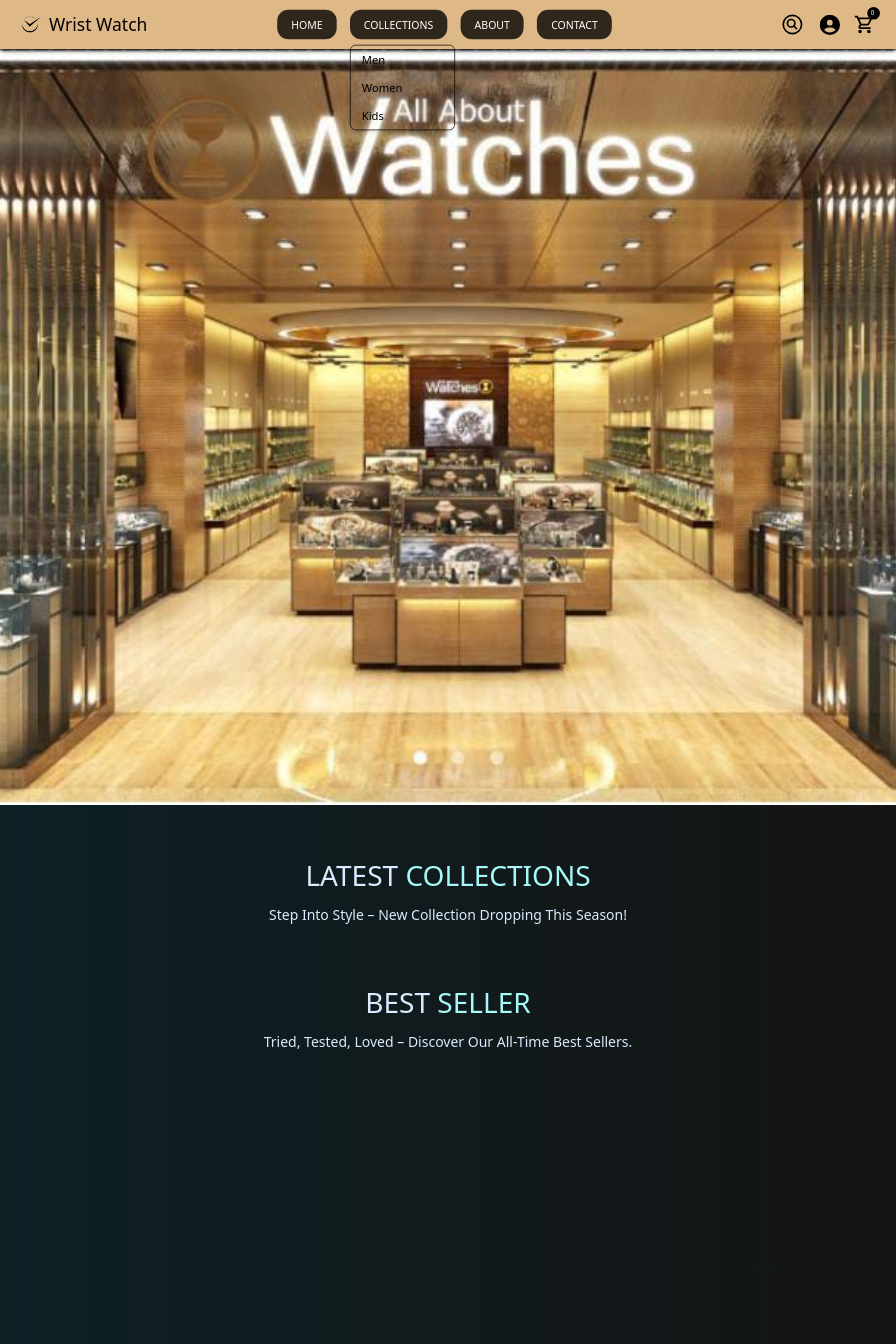
Repository: mansibhanushali/online_watch_ecommerce_mernstack_webapplication
Page: / (app in frontend/), after clicking the first element matching `button.text-\[15px\]`
The author's editor kept a copy of each file at every save. The page is drawn from the files as they stood at one save, then again after the next save.
The browser window is 1280 px wide. The pictures show the part of the page from y = 0 to 1920 px (the page is 2633 px tall), at 70% of full size.
The page's requests for data from a server got no answer. The project was rebuilt for these pictures with package versions that can differ from the ones it lists, and the page was loaded fresh each time. No one was signed in, and anything a server would have sent is missing. Also part of the build but not shown: frontend/vite.config.js, frontend/src/component/Loading.jsx, frontend/src/pages/Registration.jsx, frontend/src/component/Card.jsx, frontend/src/pages/Login.jsx, frontend/src/pages/About.jsx, frontend/src/pages/Collections.jsx, frontend/src/pages/Contact.jsx and 6 more.

Above is the page before, as saved 2025-08-15 22:22:00.

### frontend/index.html
<!doctype html>
<html lang="en">
  <head>
    <meta charset="UTF-8" />
    <link rel="icon" type="image/svg+xml" href="\logo1.png" />
    <meta name="viewport" content="width=device-width, initial-scale=1.0" />
    <title>Wristwatch</title>
  </head>
  <body>
    <div id="root"></div>
    <script type="module" src="/src/main.jsx"></script>
  </body>
</html>

### frontend/src/main.jsx
// src/main.jsx
import React from 'react';
import { createRoot } from 'react-dom/client';
import { BrowserRouter } from 'react-router-dom';
import './index.css';

import App from './App.jsx';
import AuthContext from './context/authContext.jsx';
import UserContextProvider from './context/UserContext.jsx';
import ShopContext from './context/ShopContext.jsx';

createRoot(document.getElementById('root')).render(
  <React.StrictMode>
    <BrowserRouter>
      <AuthContext>
        <UserContextProvider>
          <ShopContext>
            <App />
          </ShopContext>
        </UserContextProvider>
      </AuthContext>
    </BrowserRouter>
  </React.StrictMode>
);

### frontend/src/index.css
@import "tailwindcss";

body {
  @apply bg-white min-h-screen;
}

### frontend/src/App.jsx
import React, { useContext } from 'react';
import { Navigate, Route, Routes, useLocation } from 'react-router-dom';
import Registration from './pages/Registration';
import Home from './pages/Home';
import Login from './pages/Login';
import Nav from './component/Nav';
import { userDataContext } from './context/UserContext';
import About from './pages/About';
import Collections from './pages/Collections';
import Product from './pages/Product';
import Contact from './pages/Contact';
import ProductDetail from './pages/ProductDetail';
import Cart from './pages/Cart';
import PlaceOrder from './pages/PlaceOrder';
import Order from './pages/Order';
import { ToastContainer } from 'react-toastify';
import NotFound from './pages/NotFound';

function App() {
  const { userData } = useContext(userDataContext);
  const location = useLocation();

  // Protected route wrapper
  const ProtectedRoute = (Component) => {
    return userData ? (
      Component
    ) : (
      <Navigate to="/login" state={{ from: location.pathname }} />
    );
  };

  return (
    <>
      <ToastContainer />
      <Nav />
      <Routes>
        {/* Public Routes */}
        <Route path="/" element={<Home />} />
        <Route path="/about" element={<About />} />
        <Route path="/collection" element={<Collections />} />
        <Route path="/collection/:category" element={<Collections />} />
        <Route path="/product" element={<Product />} />
        <Route path="/contact" element={<Contact />} />

        {/* Auth Routes */}
        <Route
          path="/login"
          element={
            userData ? (
              <Navigate to={location.state?.from || '/'} />
            ) : (
              <Login />
            )
          }
        />
        <Route
          path="/signup"
          element={
            userData ? (
              <Navigate to={location.state?.from || '/'} />
            ) : (
              <Registration />
            )
          }
        />

        {/* Protected Routes */}
        <Route
          path="/productdetail/:productId"
          element={ProtectedRoute(<ProductDetail />)}
        />
        <Route path="/cart" element={ProtectedRoute(<Cart />)} />
        <Route path="/placeorder" element={ProtectedRoute(<PlaceOrder />)} />
        <Route path="/order" element={ProtectedRoute(<Order />)} />

        {/* 404 Fallback */}
        <Route path="*" element={<NotFound />} />
      </Routes>
    </>
  );
}

export default App;

### frontend/src/context/UserContext.jsx
// src/context/UserContext.jsx
import React, { createContext, useContext, useEffect, useState } from 'react';
import { authDataContext } from './AuthContext';
import axios from 'axios';

export const userDataContext = createContext();

function UserContextProvider({ children }) {
  const [userData, setUserData] = useState(null);
  const { serverUrl } = useContext(authDataContext);

  const getCurrentUser = async () => {
    try {
      // ✅ Cookie-based request
      const result = await axios.get(`${serverUrl}/api/user/getcurrentuser`, {
        withCredentials: true, // Cookie automatically send होगी
      });

      if (result.data?.success) {
        setUserData(result.data.user);
      } else {
        setUserData(null);
      }
    } catch (error) {
      setUserData(null);
      console.error("getCurrentUser error:", error);
    }
  };

  // 🔹 Page load pe call
  useEffect(() => {
    getCurrentUser();
  }, []);

  return (
    <userDataContext.Provider value={{ userData, setUserData, getCurrentUser }}>
      {children}
    </userDataContext.Provider>
  );
}

export default UserContextProvider;

### frontend/src/pages/Home.jsx
import React, { useState, useEffect } from 'react'
import Backgound from '../component/Backgound'
import Product from './Product'
import OurPolicy from '../component/OurPolicy'
import Footer from '../component/Footer'

function Home() {
  let [heroCount, setHeroCount] = useState(0)

  useEffect(() => {
    let interval = setInterval(() => {
      setHeroCount(prevCount => (prevCount === 3 ? 0 : prevCount + 1))
    }, 3000)
    return () => clearInterval(interval)
  }, [])

  return (
    <div className="overflow-x-hidden relative top-[70px]">
      <div className="w-[100vw] lg:h-[100vh] md:h-[50vh] sm:h-[30vh] bg-gradient-to-l from-[burlwood] to-[burlywood]">
        <Backgound heroCount={heroCount} />
      </div>
      <Product />
      <OurPolicy />
      <Footer />
    </div>
  )
}

export default Home

### frontend/src/component/Nav.jsx
import React, { useContext, useState, useEffect, useRef } from 'react'
import logo from '../assets/logo.png'
import { IoSearchCircleOutline, IoSearchCircleSharp } from "react-icons/io5";
import { FaCircleUser } from "react-icons/fa6";
import { MdOutlineShoppingCart } from "react-icons/md";
import { userDataContext } from '../context/UserContext';
import { useNavigate } from 'react-router-dom';
import { IoMdHome } from "react-icons/io";
import { HiOutlineCollection } from "react-icons/hi";
import { MdContacts } from "react-icons/md";
import axios from 'axios';
import { authDataContext } from '../context/authContext';
import { shopDataContext } from '../context/ShopContext';

function Nav() {
  const { userData } = useContext(userDataContext)
  const { serverUrl } = useContext(authDataContext)
  const { showSearch, setShowSearch, search, setSearch, getCartCount } = useContext(shopDataContext)
  const [showProfile, setShowProfile] = useState(false)
  const [showNav, setShowNav] = useState(true)
  const [lastScrollY, setLastScrollY] = useState(0)
  const [showCollectionMenu, setShowCollectionMenu] = useState(false)
  const navigate = useNavigate()
  const collectionRef = useRef()

  // Scroll hide logic
  useEffect(() => {
    const handleScroll = () => {
      const currentScrollY = window.scrollY;
      if (currentScrollY > lastScrollY) {
        setShowNav(false);
      } else {
        setShowNav(true);
      }
      setLastScrollY(currentScrollY);
    };
    window.addEventListener("scroll", handleScroll);
    return () => window.removeEventListener("scroll", handleScroll);
  }, [lastScrollY]);

  // Close collection menu when clicked outside
  useEffect(() => {
    const handleClickOutside = (event) => {
      if (collectionRef.current && !collectionRef.current.contains(event.target)) {
        setShowCollectionMenu(false)
      }
    }
    document.addEventListener("mousedown", handleClickOutside)
    return () => document.removeEventListener("mousedown", handleClickOutside)
  }, [])

  const handleLogout = async () => {
    try {
      const result = await axios.get(serverUrl + "/api/auth/logout", { withCredentials: true })
      console.log(result.data)
      navigate("/login")
    } catch (error) {
      console.log(error)
    }
  }

  return (
    <div
      className='w-[100vw] h-[70px] bg-[burlywood] z-10 fixed flex items-center justify-between px-[30px] shadow-md shadow-black transition-all duration-300'
      style={{ top: showNav ? '0' : '-100px' }}
    >
      <div className='w-[20%] lg:w-[30%] flex items-center justify-start gap-[10px] '>
        <img src={logo} alt="" className='w-[30px]' />
        <h1 className='text-[25px] text-[black] font-sans '>Wrist Watch</h1>
      </div>

      <div className='w-[50%] lg:w-[40%] hidden md:flex'>
        <ul className='flex items-center justify-center gap-[19px] text-[white] '>
          <li className='text-[15px] hover:bg-slate-500 cursor-pointer bg-[#000000c9] py-[10px] px-[20px] rounded-2xl' onClick={() => navigate("/")}>HOME</li>

          {/* COLLECTIONS with Submenu */}
          <li className='relative' ref={collectionRef}>
            <button
              className='text-[15px] hover:bg-slate-500 cursor-pointer bg-[#000000c9] py-[10px] px-[20px] rounded-2xl'
              onClick={() => setShowCollectionMenu(prev => !prev)}
            >
              COLLECTIONS
            </button>

            {showCollectionMenu && (
              <ul className='absolute top-full left-0 mt-2 bg-burlywood border rounded-lg shadow-md text-black w-[150px] z-10'>
                <li className='px-4 py-2 hover:bg-gray-100 cursor-pointer' onClick={() => { navigate("/collection/men"); setShowCollectionMenu(false) }}>Men</li>
                <li className='px-4 py-2 hover:bg-gray-100 cursor-pointer' onClick={() => { navigate("/collection/women"); setShowCollectionMenu(false) }}>Women</li>
                <li className='px-4 py-2 hover:bg-gray-100 cursor-pointer' onClick={() => { navigate("/collection/kids"); setShowCollectionMenu(false) }}>Kids</li>
              </ul>
            )}
          </li>

          <li className='text-[15px] hover:bg-slate-500 cursor-pointer bg-[#000000c9] py-[10px] px-[20px] rounded-2xl' onClick={() => navigate("/about")}>ABOUT</li>
          <li className='text-[15px] hover:bg-slate-500 cursor-pointer bg-[#000000c9] py-[10px] px-[20px] rounded-2xl' onClick={() => navigate("/contact")}>CONTACT</li>
        </ul>
      </div>

      <div className='w-[30%] flex items-center justify-end gap-[20px]'>
        {!showSearch && <IoSearchCircleOutline className='w-[38px] h-[38px] text-[#000000]  cursor-pointer' onClick={() => { setShowSearch(prev => !prev); navigate("/collection") }} />}
        {showSearch && <IoSearchCircleSharp className='w-[38px] h-[38px] text-[#000000]  cursor-pointer' onClick={() => setShowSearch(prev => !prev)} />}
        {!userData && <FaCircleUser className='w-[29px] h-[29px] text-[#000000]  cursor-pointer' onClick={() => setShowProfile(prev => !prev)} />}
        {userData && <div className='w-[30px] h-[30px] bg-[#080808] text-[white] rounded-full flex items-center justify-center cursor-pointer' onClick={() => setShowProfile(prev => !prev)}>{userData?.name.slice(0, 1)}</div>}
        <MdOutlineShoppingCart className='w-[30px] h-[30px] text-[#000000]  cursor-pointer hidden md:block' onClick={() => navigate("/cart")} />
        <p className='absolute w-[18px] h-[18px] items-center  justify-center bg-black px-[5px] py-[2px] text-white  rounded-full text-[9px] top-[10px] right-[23px] hidden md:block'>{getCartCount()}</p>
      </div>

      {showSearch && (
        <div className='w-[100%]  h-[80px] bg-[#d8f6f9dd] absolute top-[100%] left-0 right-0 flex items-center justify-center '>
          <input type="text" className='lg:w-[50%] w-[80%] h-[60%] bg-[#233533] rounded-[30px] px-[50px] placeholder:text-white text-[white] text-[18px]' placeholder='Search Here' onChange={(e) => { setSearch(e.target.value) }} value={search} />
        </div>
      )}

      {showProfile && (
        <div className='absolute w-[220px] h-[150px] bg-[#000000d7] top-[110%] right-[4%] border-[1px] border-[#aaa9a9] rounded-[10px] z-10'>
          <ul className='w-[100%] h-[100%] flex items-start justify-around flex-col text-[17px] py-[10px] text-[white]'>
            {!userData && <li className='w-[100%] hover:bg-[#2f2f2f]  px-[15px] py-[10px] cursor-pointer' onClick={() => { navigate("/login"); setShowProfile(false) }}>Login</li>}
            {userData && <li className='w-[100%] hover:bg-[#2f2f2f]  px-[15px] py-[10px] cursor-pointer' onClick={() => { handleLogout(); setShowProfile(false) }}>LogOut</li>}
            <li className='w-[100%] hover:bg-[#2f2f2f]  px-[15px] py-[10px] cursor-pointer' onClick={() => { navigate("/order"); setShowProfile(false) }} >Orders</li>
            <li className='w-[100%] hover:bg-[#2f2f2f]  px-[15px] py-[10px] cursor-pointer' onClick={() => { navigate("/about"); setShowProfile(false) }} >About</li>
          </ul>
        </div>
      )}

      {/* Mobile Bottom Nav */}
      <div className='w-[100vw] h-[90px] flex items-center justify-between px-[20px] text-[12px] fixed bottom-0 left-0 bg-[#191818] md:hidden'>
        <button className='text-[white] flex items-center justify-center flex-col gap-[2px]' onClick={() => navigate("/")}><IoMdHome className='w-[28px] h-[28px] text-[white] md:hidden' /> Home</button>
        <button className='text-[white] flex items-center justify-center flex-col gap-[2px]' onClick={() => navigate("collection")}><HiOutlineCollection className='w-[28px] h-[28px] text-[white] md:hidden' /> Collections</button>
        <button className='text-[white] flex items-center justify-center flex-col gap-[2px] ' onClick={() => navigate("/contact")}><MdContacts className='w-[28px] h-[28px] text-[white] md:hidden' />Contact</button>
        <button className='text-[white] flex items-center justify-center flex-col gap-[2px]' onClick={() => navigate("/cart")}><MdOutlineShoppingCart className='w-[28px] h-[28px] text-[white] md:hidden' /> Cart</button>
        <p className='absolute w-[18px] h-[18px] flex items-center justify-center bg-white px-[5px] py-[2px] text-black font-semibold  rounded-full text-[9px] top-[8px] right-[18px]'>{getCartCount()}</p>
      </div>
    </div>
  )
}

export default Nav

### frontend/src/pages/Product.jsx
import React from 'react'
import LatestCollection from '../component/LatestCollection'
import BestSeller from '../component/BestSeller'

function Product() {
  return (
    <div className='w-[100vw] min-h-[100vh] bg-gradient-to-l from-[#141414] to-[#0c2025] flex items-center justify-start flex-col py-[20px]'>

        <div className='w-[100%] min-h-[70px] flex items-center justify-center gap-[10px]  flex-col '>
            <LatestCollection/>
        </div>
        <div className='w-[100%] min-h-[70px] flex items-center justify-center gap-[10px]  flex-col '>
            <BestSeller/>
        </div>

    </div>
  )
}

export default Product

### frontend/src/component/Backgound.jsx
import React from 'react'
import back1 from "../assets/back1.jpg"

function Background() {
  return (
    <img
      src={back1}
      alt="background"
      className="w-[100%] h-[150%] float-left overflow-auto object-cover"
    />
  )
}

export default Background

### frontend/src/component/OurPolicy.jsx
import React from 'react'
import Title from './Title'
import { RiExchangeFundsLine } from "react-icons/ri";
import { TbRosetteDiscountCheckFilled } from "react-icons/tb";
import { BiSupport } from "react-icons/bi";

function OurPolicy() {
  return (
    <div className='w-[100vw] h-[100vh] md:h-[70vh] flex items-center justify-start flex-col  bg-gradient-to-l from-[#141414] to-[#0c2025] gap-[50px] '>
        <div className='h-[8%] w-[100%] text-center mt-[70px] '>
            <Title text1={"OUR"} text2={"POLICY"}/>
            <p className='w-[100%] m-auto text-[13px] md:text-[20px] px-[10px] text-blue-100 '>Customer-Friendly Policies – Committed to Your Satisfaction and Safety.</p>
        </div>
      <div className='w-[100%] md:min-h-[50%] h-[20%] flex items-center justify-center flex-wrap lg:gap-[50px] gap-[80px]'>
        <div className='w-[400px] max-w-[90%] h-[60%] flex items-center justify-center flex-col gap-[10px] '>
        <RiExchangeFundsLine  className='md:w-[60px] w-[30px] h-[30px] md:h-[60px] text-[#90b9ff]'/>
        <p className='font-semibold md:text-[25px] text-[19px] text-[#a5e8f7]'>Easy Exchange Policy</p>
        <p className='font-semibold md:text-[18px] text-[12px] text-[aliceblue] text-center'>Exchange Made Easy – Quick, Simple, and Customer-Friendly Process.</p>

        </div>
        <div className='w-[400px] max-w-[90%] h-[60%] flex items-center justify-center flex-col gap-[10px] '>
        <TbRosetteDiscountCheckFilled  className='md:w-[60px] w-[30px] h-[30px] md:h-[60px] text-[#90b9ff]'/>
        <p className='font-semibold md:text-[25px] text-[19px] text-[#a5e8f7]'>7 Days Return Policy</p>
        <p className='font-semibold md:text-[18px] text-[12px] text-[aliceblue] text-center'>Shop with Confidence – 7 Days Easy Return Guarantee.</p>

        </div>
        <div className='w-[400px] max-w-[90%] h-[60%] flex items-center justify-center flex-col gap-[10px] '>
        <BiSupport  className='md:w-[60px] w-[30px] h-[30px] md:h-[60px] text-[#90b9ff]'/>
        <p className='font-semibold md:text-[25px] text-[19px] text-[#a5e8f7]'>Best Customer Support</p>
        <p className='font-semibold md:text-[18px] text-[12px] text-[aliceblue] text-center'>Trusted Customer Support – Your Satisfaction Is Our Priority.</p>

        </div>
      </div>
    </div>
  )
}

export default OurPolicy

### frontend/src/component/LatestCollection.jsx
import React, { useContext, useEffect, useState } from 'react'
import Title from './Title'
import { shopDataContext } from '../context/ShopContext'
import Card from './Card'

function LatestCollection() {
    let {products} = useContext(shopDataContext)
    let [latestProducts,setLatestProducts] = useState([])

    useEffect(()=>{
    setLatestProducts(products.slice(0,8));
    },[products])

  return (
    <div>
      <div className='h-[8%] w-[100%] text-center md:mt-[50px]  '>
        <Title text1={"LATEST"} text2={"COLLECTIONS"}/>
        <p className='w-[100%] m-auto text-[13px] md:text-[20px] px-[10px] text-blue-100 '>Step Into Style – New Collection Dropping This Season!</p>
      </div>
      <div className='w-[100%] h-[50%] mt-[30px] flex items-center justify-center flex-wrap gap-[50px]'>
        {
            latestProducts.map((item,index)=>(
                <Card key={index} name={item.name} image={item.image} id={item._id} price={item.price}/>
            ))
        }

        </div>
    </div>
  )
}

export default LatestCollection

### frontend/src/component/BestSeller.jsx
import React, { useContext, useEffect, useState } from 'react';
import Title from './Title';
import { shopDataContext } from '../context/ShopContext';
import Card from './Card';

function BestSeller() {
  let { products, serverUrl } = useContext(shopDataContext);
  let [bestSeller, setBestSeller] = useState([]);

  useEffect(() => {
    let filterProduct = products.filter((item) => item.bestseller);
    setBestSeller(filterProduct.slice(0, 4));
  }, [products]);

  // Function to build correct image URL
  const getImageUrl = (img) => {
    if (!img) return "https://via.placeholder.com/300x300?text=No+Image"; // fallback
    return img.startsWith("http") ? img : `${serverUrl}/uploads/${img}`;
  };

  return (
    <div>
      <div className="h-[8%] w-[100%] text-center mt-[50px]">
        <Title text1={"BEST"} text2={"SELLER"} />
        <p className="w-[100%] m-auto text-[13px] md:text-[20px] px-[10px] text-blue-100">
          Tried, Tested, Loved – Discover Our All-Time Best Sellers.
        </p>
      </div>

      <div className="w-[100%] h-[50%] mt-[30px] flex items-center justify-center flex-wrap gap-[50px]">
        {bestSeller.map((item, index) => (
          <Card
            key={index}
            name={item.name}
            id={item._id}
            price={item.price}
            image={getImageUrl(item.image)}
          />
        ))}
      </div>
    </div>
  );
}

export default BestSeller;

Loaded but not shown: frontend/src/component/Title.jsx (common file); frontend/src/context/ShopContext.jsx (161 lines, source omitted); frontend/src/component/Footer.jsx (52 lines, source omitted); frontend/src/context/AuthContext.jsx (99 lines, source omitted)

After the next save:
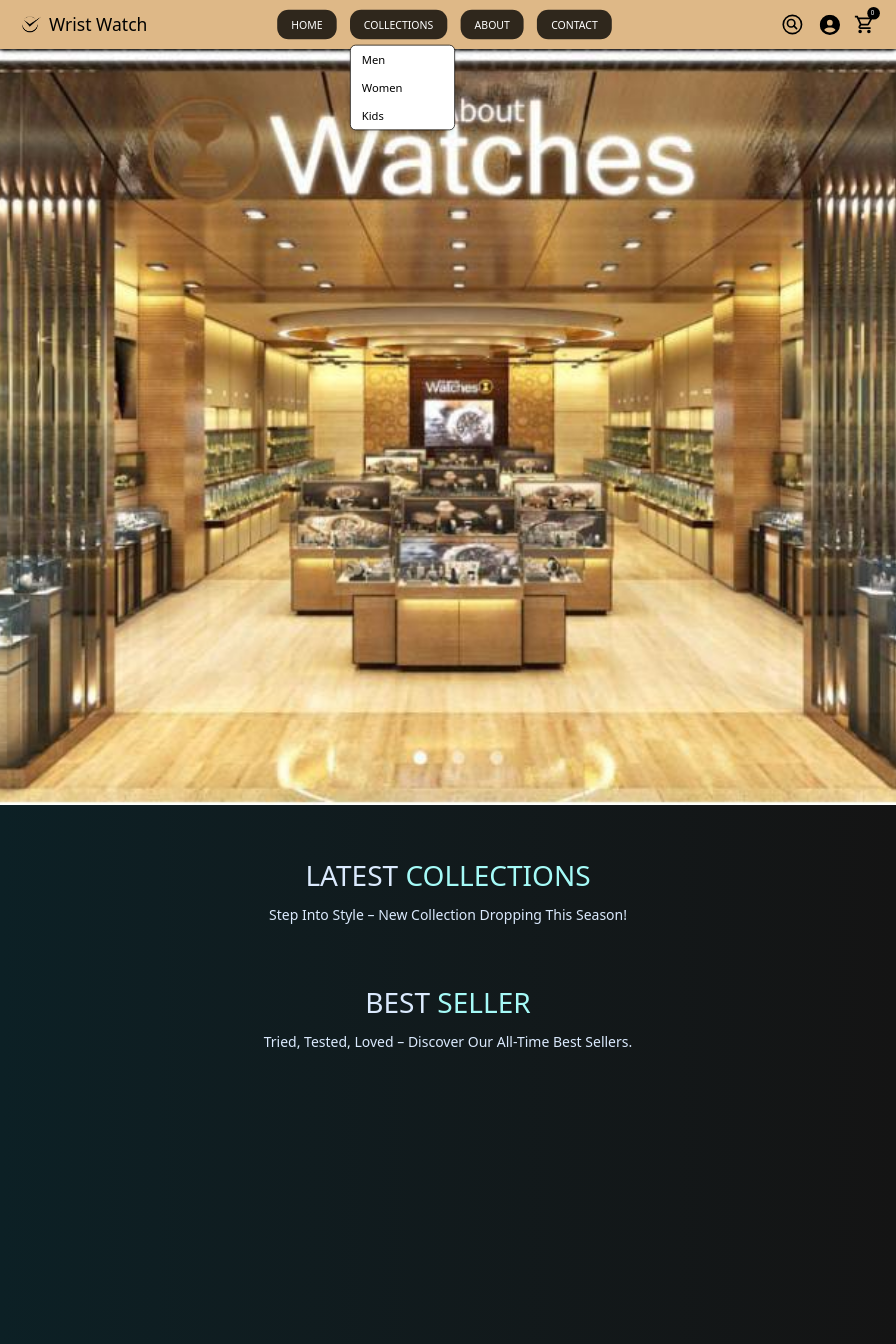
Saved 20 s later.
--- a/frontend/src/component/Nav.jsx
+++ b/frontend/src/component/Nav.jsx
@@ -83,7 +83,7 @@ function Nav() {
             </button>
 
             {showCollectionMenu && (
-              <ul className='absolute top-full left-0 mt-2 bg-burlywood border rounded-lg shadow-md text-black w-[150px] z-10'>
+              <ul className='absolute top-full left-0 mt-2 bg-white border rounded-lg shadow-md text-black w-[150px] z-10'>
                 <li className='px-4 py-2 hover:bg-gray-100 cursor-pointer' onClick={() => { navigate("/collection/men"); setShowCollectionMenu(false) }}>Men</li>
                 <li className='px-4 py-2 hover:bg-gray-100 cursor-pointer' onClick={() => { navigate("/collection/women"); setShowCollectionMenu(false) }}>Women</li>
                 <li className='px-4 py-2 hover:bg-gray-100 cursor-pointer' onClick={() => { navigate("/collection/kids"); setShowCollectionMenu(false) }}>Kids</li>
